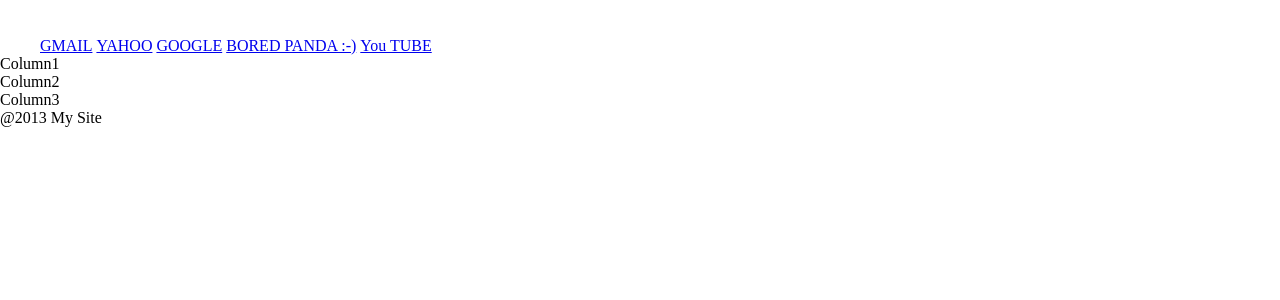
Repository: ShubhankarRaj/JavaCodingPractise
Page: Eclipse Workspace/myProject/src/htmlFiles/First.html
The author's editor kept a copy of each file at every save. The page is drawn from the files as they stood at one save, then again after the next save.
The browser window is 1280 px wide. The pictures show the whole page.

Above is the page before, as saved 2014-06-03 19:13:29.

### Eclipse Workspace/myProject/src/htmlFiles/First.html
<!DOCTYPE html PUBLIC "-//W3C//DTD HTML 4.01 Transitional//EN" "http://www.w3.org/TR/html4/loose.dtd">
<html>
<head>
<meta http-equiv="Content-Type" content="text/html; charset=ISO-8859-1">
<title>Practising CSS & HTML</title>
<link rel = "stylesheet" type="text/css" href="main.css">
</head>
<body>

	<header>
	<h1>My Page</h1>
	<nav>
	<ul>
		<li><a href="http://gmail.com">GMAIL</a></li>
		<li><a href="http://yahoo.co.in">YAHOO</a></li>
		<li><a href="http://google.com">GOOGLE</a></li>
		<li><a href="http://boredpanda.com">BORED PANDA :-)</a></li>
		<li><a href="http://youtube.com">You TUBE</a></li>
	</ul>

	</nav> </header>
	<div class="row">
		<div class="col">Column1</div>
		<div class="col">Column2</div>
		<div class="col">Column3</div>
	</div>
	<footer>@2013 My Site</footer>
</body>
</html>

### Eclipse Workspace/myProject/src/htmlFiles/main.css
@CHARSET "ISO-8859-1";
body{
	margin:0;
	background: gradient linear orange black;
}
header{
	background: gradient linear black;
	color: white;
}

header h1{
	margin:0;
}

nav ul{
	margin:0;
}

nav ul li{
	display: inline-block;
	line-style-type: none;
}

After the next save:
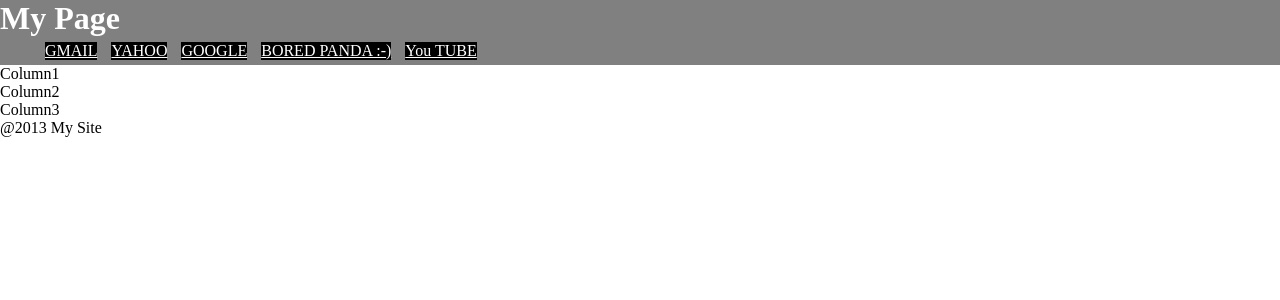
Saved 19 s later.
--- a/Eclipse Workspace/myProject/src/htmlFiles/main.css
+++ b/Eclipse Workspace/myProject/src/htmlFiles/main.css
@@ -4,7 +4,7 @@ body{
 	background: gradient linear orange black;
 }
 header{
-	background: gradient linear black;
+	background: grey;
 	color: white;
 }
 
@@ -17,6 +17,14 @@ nav ul{
 }
 
 nav ul li{
+	background: black;
+	color: white;
 	display: inline-block;
 	line-style-type: none;
+	margin: 5px;
+	padding 25px 15px 25px 25px;
 }
+
+nav ul li a{
+	color: white;
+}
